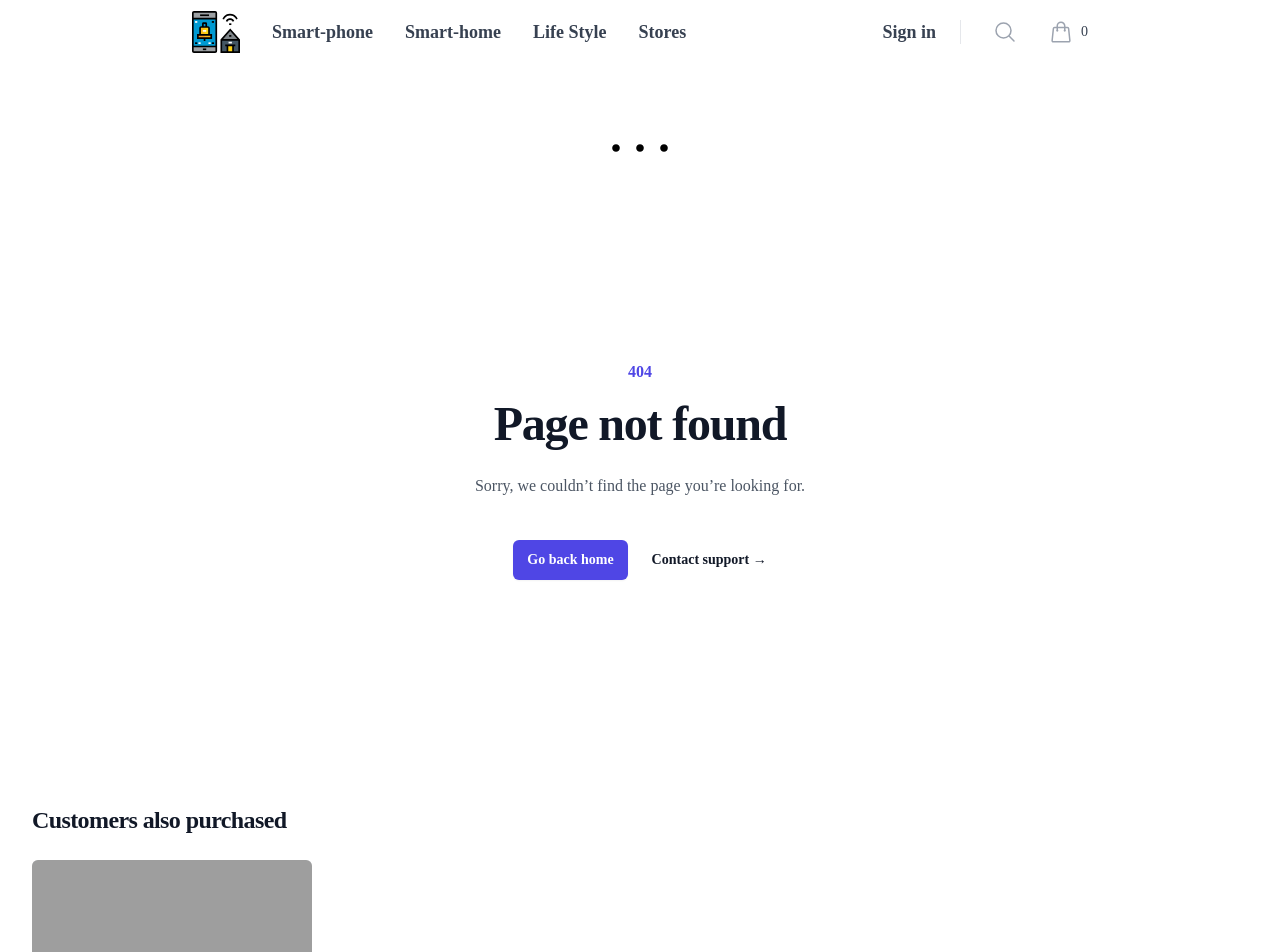
Repository: Gunplay/Smart-Home
Page: /
These files come from the project's save history. The page is drawn as it stood at one moment and after the next save; the edit follows.
The browser window is 1280 px wide. The pictures show the part of the page from y = 0 to 952 px (the page is 1952 px tall before and 720 px after).
Pictures or frames that could not be fetched are drawn as grey boxes. The project was rebuilt for these pictures with package versions that can differ from the ones it lists, and the page was loaded fresh each time. Also part of the build but not shown: vite.config.js, vite.config.ts.

Above is the page before, as saved 2024-06-24 22:51:28.

After the next save:
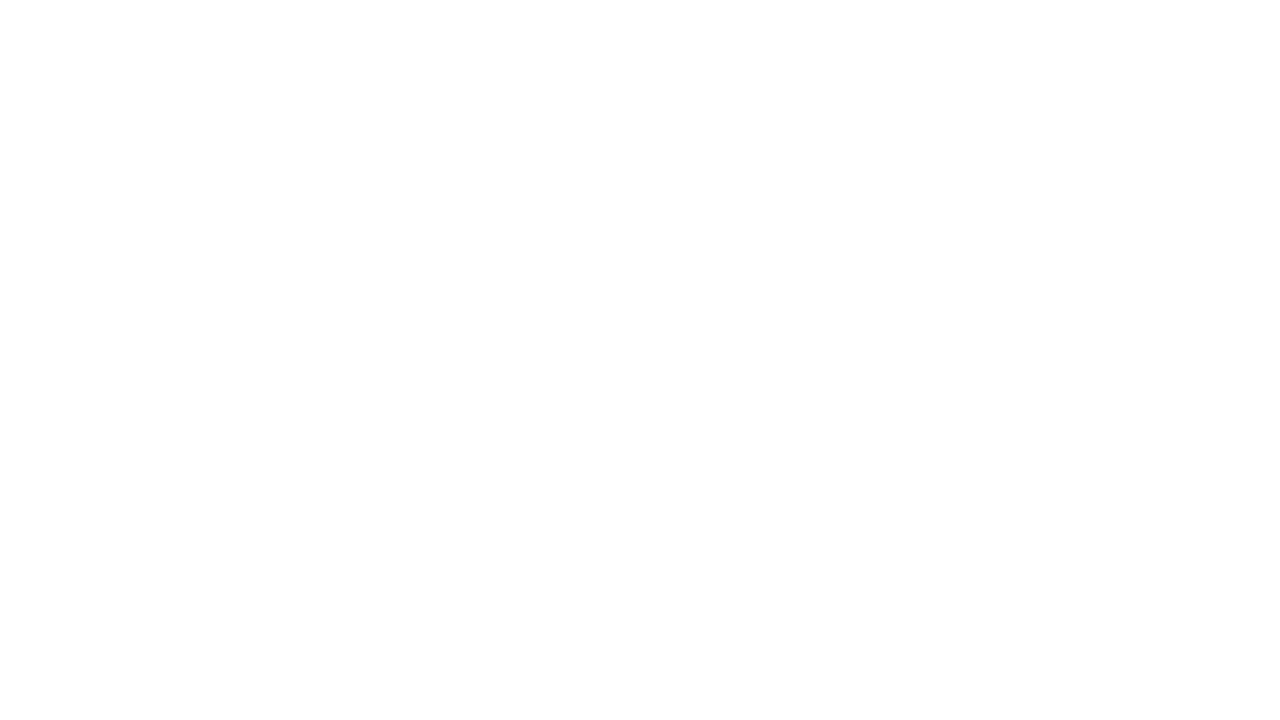
Console error: ReferenceError: changeSlideDot is not defined
Saved 2 min 10 s later.
--- a/src/components/Carousel/index.tsx
+++ b/src/components/Carousel/index.tsx
@@ -33,14 +33,6 @@
 		setCurrentIndex(newIndex);
 	};
 
-	const changeSlideDot = () => {
-		const oneSlide = slides.find(
-			(oneSlide, indexSlide) => (indexSlide === oneSlide.id ? oneSlide : null)
-			//console.log(oneSlide)
-		);
-		//console.log(oneSlide);
-		setCurrentIndex(oneSlide);
-	};
 	return (
 		<div className='max-w-[1600px] h-[780px] w-full m-auto py-16 relative group'>
 			<div
@@ -55,7 +47,11 @@
 			</div>
 			<div className='flex top-4 justify-center py-2'>
 				{slides.map((slide, slideIndex) => (
-					<div className='text-2xl cursor-pointer' onClick={changeSlideDot}>
+					<div
+						key={slideIndex}
+						className='text-2xl cursor-pointer'
+						onClick={changeSlideDot}
+					>
 						<RxDotFilled />
 					</div>
 				))}

After the save that followed:
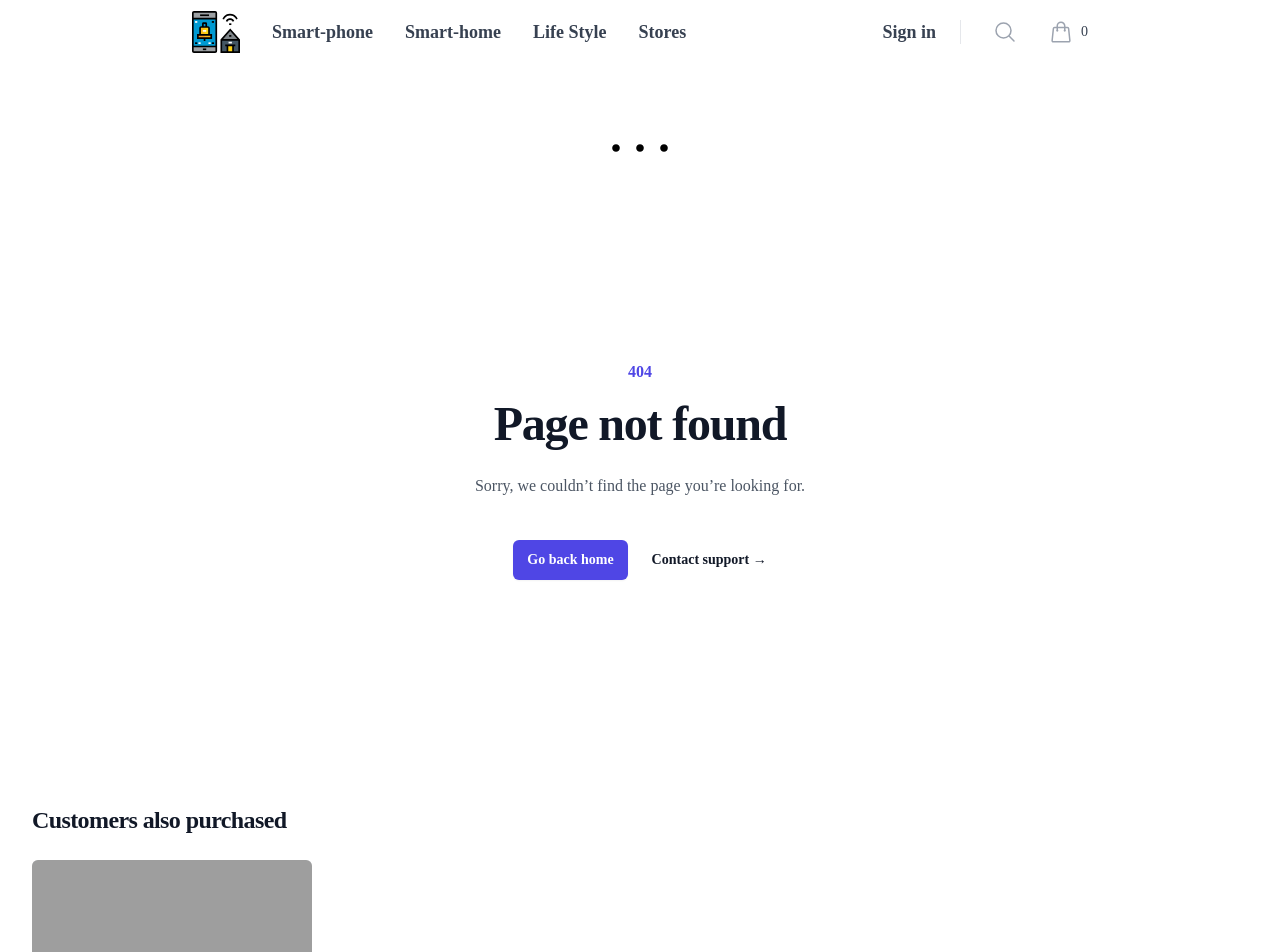
The error is gone.
Saved 35 s later.
--- a/src/components/Carousel/index.tsx
+++ b/src/components/Carousel/index.tsx
@@ -50,7 +50,7 @@
 					<div
 						key={slideIndex}
 						className='text-2xl cursor-pointer'
-						onClick={changeSlideDot}
+						onClick={() => goToSlide(slideIndex)}
 					>
 						<RxDotFilled />
 					</div>
